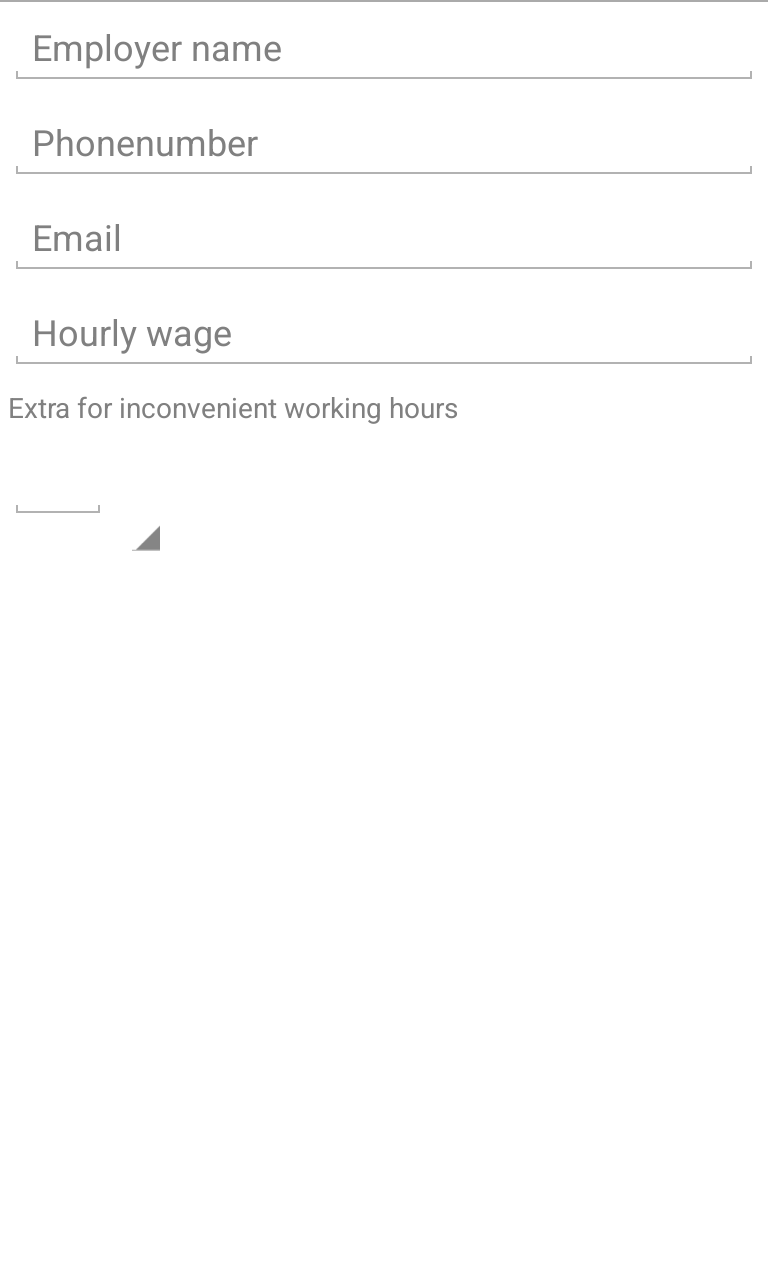
Repository: LudvigN/Hourly
Layout: Hourly/res/layout/add_emp_dialog.xml
An editor plug-in stored every save of this project. The layout is shown before and after the next save, followed by the edit.
It is drawn on a 768 x 1280 px phone screen (xhdpi) without system bars, with theme AppTheme; the app's code is not run.

Above is the layout before, as saved 2014-03-22 14:57:36.

### Hourly/res/layout/add_emp_dialog.xml
<?xml version="1.0" encoding="utf-8"?>
<RelativeLayout xmlns:android="http://schemas.android.com/apk/res/android"
    android:layout_width="match_parent"
    android:layout_height="match_parent"
    android:orientation="vertical" >

    <EditText
        android:id="@+id/dialog_txt_new_emp_name"
        android:layout_width="match_parent"
        android:layout_height="wrap_content"
        android:layout_margin="4dp"
        android:hint="@string/newEmpName"
        android:inputType="text"
        />
     <EditText
        android:id="@+id/dialog_txt_new_emp_phone"
        android:layout_width="match_parent"
        android:layout_height="wrap_content"
        android:layout_margin="4dp"
        android:inputType="phone"
        android:hint="@string/newEmpPhone"
        android:layout_below="@id/dialog_txt_new_emp_name"
        />
      <EditText
        android:id="@+id/dialog_txt_new_emp_email"
        android:layout_width="match_parent"
        android:layout_height="wrap_content"
        android:layout_margin="4dp"
        android:inputType="textEmailAddress"
        android:hint="@string/newEmpEmail"
        android:layout_below="@id/dialog_txt_new_emp_phone"
        />
      <View
    android:layout_width="fill_parent"
    android:layout_height="1dp"
    android:background="@android:color/darker_gray"/>
     <EditText
        android:id="@+id/dialog_txt_new_emp_salery"
        android:layout_width="match_parent"
        android:layout_height="wrap_content"
        android:layout_margin="4dp"
        android:inputType="number"
        android:hint="@string/newEmpSalery"
         android:layout_below="@id/dialog_txt_new_emp_email"
        />
     <View
    android:layout_width="fill_parent"
    android:layout_height="1dp"
    android:background="@android:color/darker_gray"/>
     <TextView
        android:id="@+id/dialog_tv_new_emp_ob"
        android:layout_width="match_parent"
        android:layout_height="wrap_content"
        android:layout_margin="4dp"
        android:hint="@string/newEmpOb"
        android:layout_below="@id/dialog_txt_new_emp_salery"

        />
     <EditText
        android:id="@+id/dialog_txt_new_emp_ob"
        android:layout_width="50dp"
        android:layout_height="wrap_content"
        android:layout_margin="4dp"
        android:inputType="number"
        android:layout_below="@id/dialog_tv_new_emp_ob"
        />
     <Spinner
         android:id="@+id/dialog_spin_rules"
         android:layout_width="wrap_content"
        android:layout_height="wrap_content"
        android:layout_margin="4dp"
         android:layout_below="@id/dialog_tv_new_emp_ob"
         android:layout_toRightOf="@id/dialog_txt_new_emp_ob"
         android:layout_alignBaseline="@id/dialog_txt_new_emp_ob"/>





</RelativeLayout>

### Hourly/res/values/strings.xml
<?xml version="1.0" encoding="utf-8"?>
<resources>

    <string name="app_name">Hourly</string>
    <string name="action_settings">Settings</string>
    <string-array name="actionbar_items">
        <item>Kalender</item>
        <item>Timrapport</item>
        <item>Arbetsgivare</item>
    </string-array>
     <string-array name="employers">
        <item>IKEA</item>
        <item>ICA</item>
        <item>Kenny</item>
    </string-array>


     <string name="newEmpName">Employer name</string>
     <string name="newEmpPhone"> Phonenumber</string>
     <string name="newEmpEmail"> Email</string>
     <string name="newEmpSalery">Hourly wage</string>
     <string name="newEmpOb">Extra for inconvenient working hours</string>

</resources>

Loaded but not shown: Hourly/res/values/styles.xml (common file); Hourly/res/values-v11/styles.xml (common file); Hourly/res/values-v14/styles.xml (common file)

After the next save:
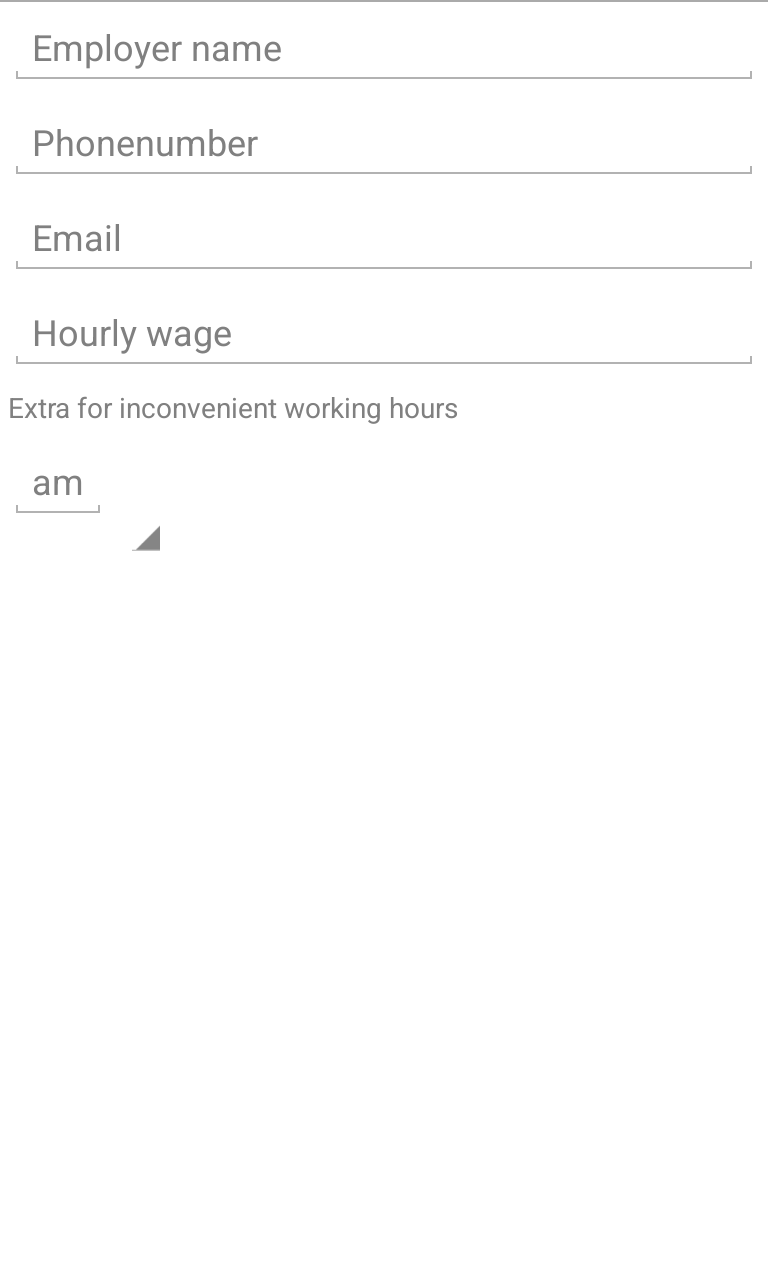
Saved 97 s later.
--- a/Hourly/res/layout/add_emp_dialog.xml
+++ b/Hourly/res/layout/add_emp_dialog.xml
@@ -63,6 +63,7 @@
         android:layout_margin="4dp"
         android:inputType="number"
         android:layout_below="@id/dialog_tv_new_emp_ob"
+        android:hint="amount"
         />
      <Spinner
          android:id="@+id/dialog_spin_rules"
